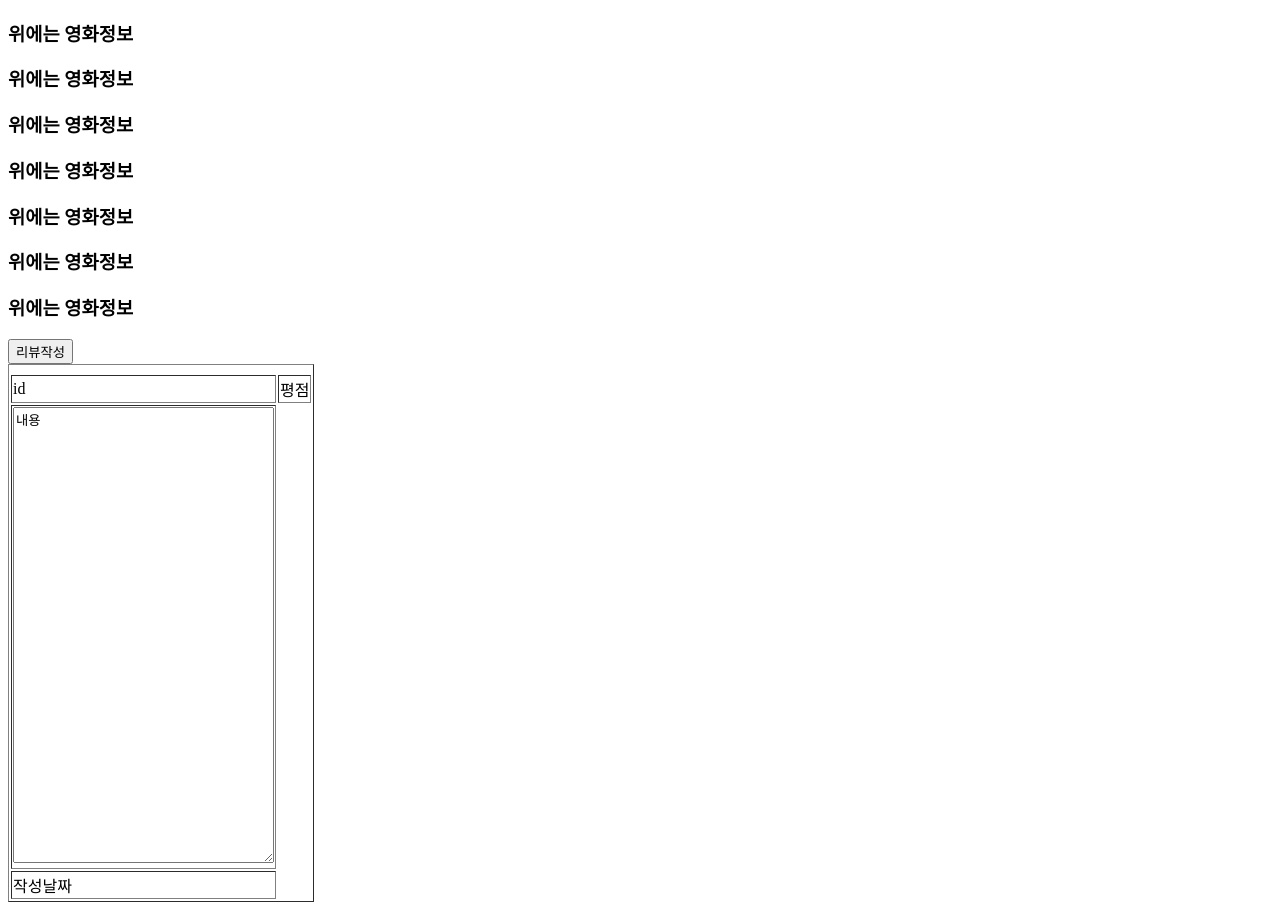
Repository: homerking-092/project
Page: http://localhost/MovieProject/review/review_list.jsp
An editor plug-in stored every save of this project. The page is shown before and after the next save, followed by the edit.
The browser window is 1280 px wide. The pictures show the whole page.
The page is served by Tomcat 9.

Above is the page before, as saved 2021-08-15 09:03:17.

After the next save:
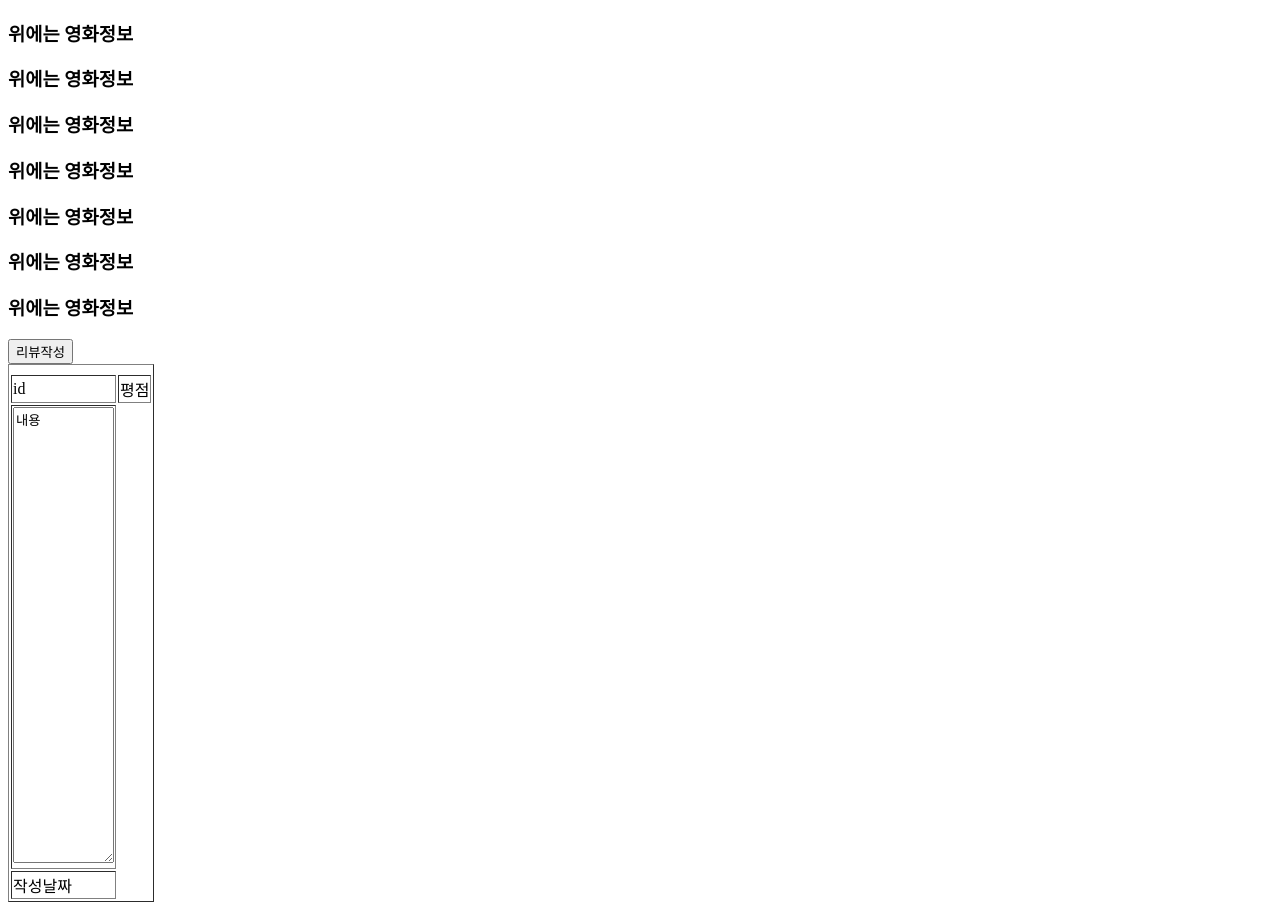
Saved 11 s later.
--- a/MovieProject/WebContent/review/review_list.jsp
+++ b/MovieProject/WebContent/review/review_list.jsp
@@ -32,7 +32,7 @@
 
 		</tr>
 		<tr>
-			<td><textarea rows="30" cols="30">내용</textarea></td>
+			<td><textarea rows="30" cols="10">내용</textarea></td>
 
 		</tr>
 		<tr>

After the save that followed:
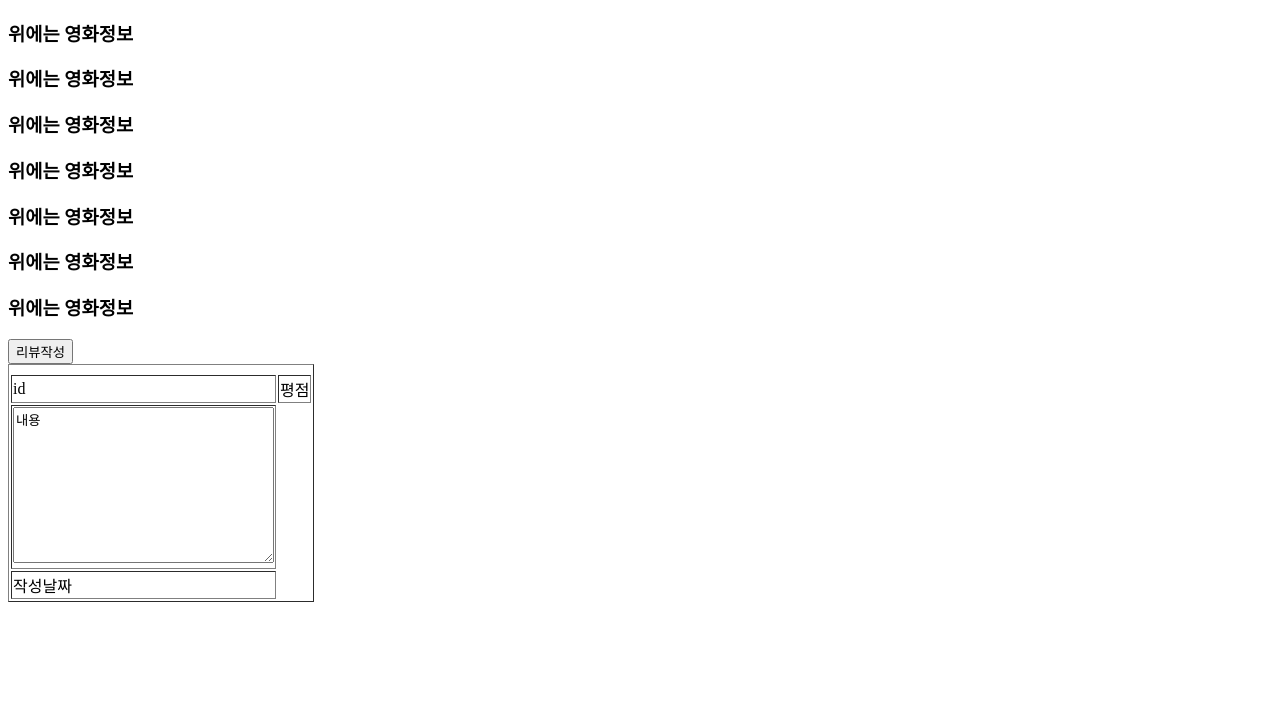
Saved 11 s later.
--- a/MovieProject/WebContent/review/review_list.jsp
+++ b/MovieProject/WebContent/review/review_list.jsp
@@ -32,7 +32,7 @@
 
 		</tr>
 		<tr>
-			<td><textarea rows="30" cols="10">내용</textarea></td>
+			<td><textarea rows="10" cols="30">내용</textarea></td>
 
 		</tr>
 		<tr>
